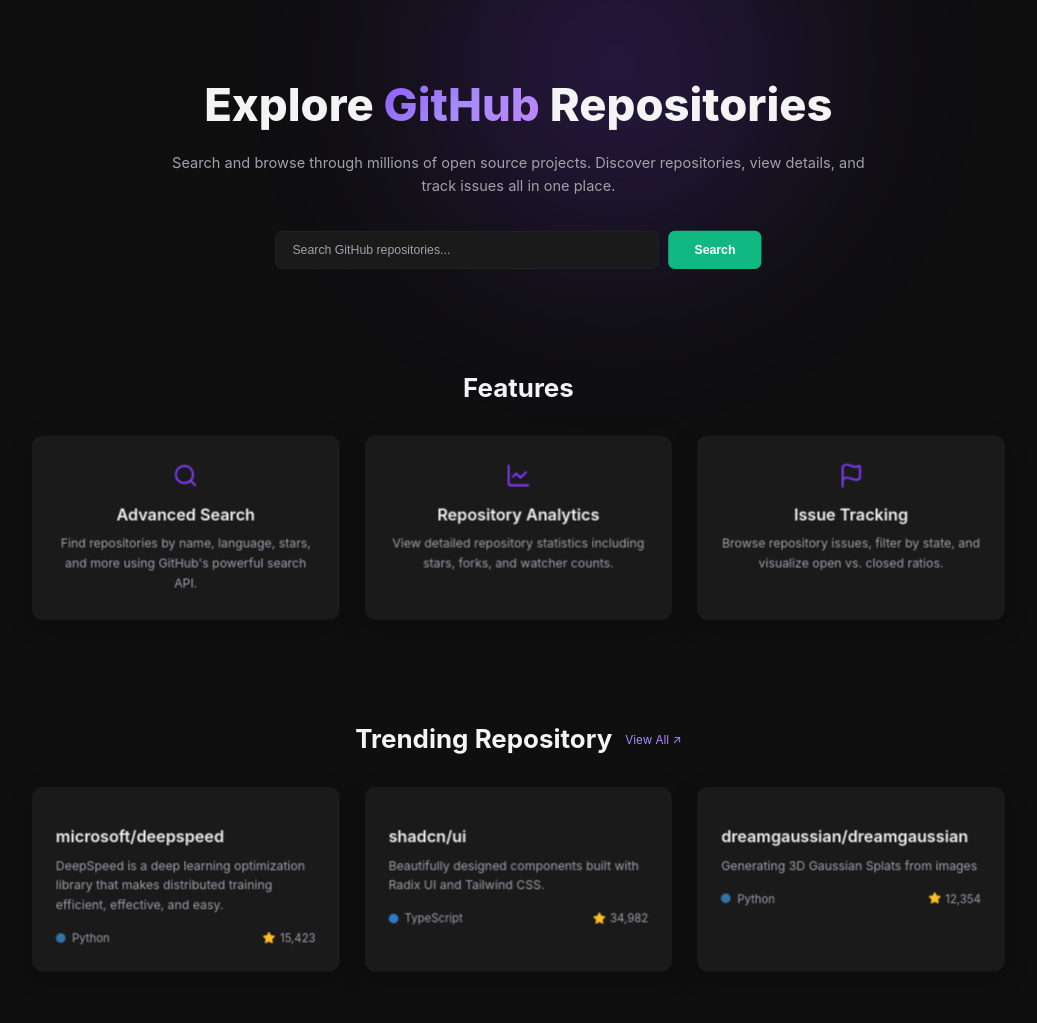
Repository: Tshenolo1994/username-repo
Page: /
An editor plug-in stored every save of this project. The page is shown before and after the next save, followed by the edit.
The browser window is 1280 px wide. The pictures show the whole page, at 81% of full size.
The project was rebuilt for these pictures with package versions that can differ from the ones it lists, and the page was loaded fresh each time. Also part of the build but not shown: vite.config.ts, src/views/RepoView.vue.

Above is the page before, as saved 2025-10-27 00:57:28.

### index.html
<!doctype html>
<html lang="en">
  <head>
    <meta charset="UTF-8" />
    <link rel="icon" type="image/svg+xml" href="/vite.svg" />
    <meta name="viewport" content="width=device-width, initial-scale=1.0" />
    <title>commit-explorer</title>
  </head>
  <body>
    <div id="app"></div>
    <script type="module" src="/src/main.ts"></script>
  </body>
</html>

### src/main.ts
import { createApp } from 'vue'
import { createPinia } from 'pinia'
import App from './App.vue'
import router from './router'
import './styles/theme.css'

createApp(App)
  .use(createPinia())
  .use(router)
  .mount('#app')

### src/App.vue
<template>
  <RouterView />
</template>

<script setup lang="ts"></script>

<style>
html, body, #app {
  height: 100%;
  margin: 0;
  font-family: system-ui, -apple-system, 'Segoe UI', Roboto, sans-serif;
}
</style>

### src/router/index.ts
import { createRouter, createWebHistory } from 'vue-router'
import HomeView from '@/views/HomeView.vue'
import RepoView from '@/views/RepoView.vue'

const router = createRouter({
  history: createWebHistory(),
  routes: [
    { path: '/', name: 'home', component: HomeView },
    { path: '/repos/:username', name: 'repos', component: RepoView, props: true },
  ],
  scrollBehavior: () => ({ top: 0 }),
})

export default router

### src/styles/theme.css
:root {

    --bg: #0f0f10;
    --bg-elev: #1a1a1b;
    --text: #f4f4f5;
    --muted: #a1a1aa;
    --border: #27272a;
    --link: #7c3aed;
  }


  [data-theme="light"] {
    --bg: #f9fafb;
    --bg-elev: #ffffff;
    --text: #18181b;
    --muted: #52525b;
    --border: #e4e4e7;
    --link: #2563eb;
  }


  html, body, #app {
    margin: 0;
    padding: 0;
    background: var(--bg);
    color: var(--text);
    font-family: 'Inter', system-ui, sans-serif;
    transition: background 0.3s, color 0.3s;
  }


  h1, h2, h3 {
    line-height: 1.2;
    margin: 0;
  }
  p {
    margin: 0.25rem 0 0;
  }


  .card {
    background: var(--bg-elev);
    border: 1px solid var(--border);
    border-radius: 0.75rem;
    padding: 1rem;
    box-shadow: 0 1px 2px rgba(0,0,0,0.15);
  }

### src/views/HomeView.vue
<script setup lang="ts">
import { ref } from "vue";
import { useRouter } from "vue-router";
import { Search, LineChart, Flag } from "lucide-vue-next";

// sample trending repos
const trendingRepos = ref([
  {
    id: 1,
    name: "microsoft/deepspeed",
    stars: 15423,
    description:
      "DeepSpeed is a deep learning optimization library that makes distributed training efficient, effective, and easy.",
    language: "Python",
  },
  {
    id: 2,
    name: "shadcn/ui",
    stars: 34982,
    description:
      "Beautifully designed components built with Radix UI and Tailwind CSS.",
    language: "TypeScript",
  },
  {
    id: 3,
    name: "dreamgaussian/dreamgaussian",
    stars: 12354,
    description: "Generating 3D Gaussian Splats from images",
    language: "Python",
  },
]);

const router = useRouter();
const username = ref("");

function search() {
  if (username.value.trim()) {
    router.push(`/repos/${username.value.trim()}`);
  }
}

function getLangColor(lang: string): string {
  const colors: Record<string, string> = {
    JavaScript: "#f1e05a",
    TypeScript: "#3178c6",
    Python: "#3572A5",
    Java: "#b07219",
    Go: "#00ADD8",
    Ruby: "#701516",
  };
  return colors[lang] || "#6e7681";
}
</script>

<template>
  <div class="home-page">
    <div class="gradient-ball"></div>

    <!-- Hero Section -->
    <section class="hero">
      <div class="hero-content">
        <h1 class="hero-title">
          Explore <span class="gradient-text">GitHub</span> Repositories
        </h1>
        <p class="hero-sub">
          Search and browse through millions of open source projects. Discover
          repositories, view details, and track issues all in one place.
        </p>

        <div class="search-box">
          <input
            v-model="username"
            placeholder="Search GitHub repositories..."
            class="search-input"
          />
          <button @click="search" class="search-btn">Search</button>
        </div>
      </div>
    </section>

    <!-- Features -->
    <section class="section">
      <div class="section-header">
        <h2>Features</h2>
      </div>

      <div class="grid">
        <div class="card glass">
          <Search class="icon" :size="32" />
          <h3>Advanced Search</h3>
          <p>
            Find repositories by name, language, stars, and more using GitHub's powerful search API.
          </p>
        </div>

        <div class="card glass">
          <LineChart class="icon" :size="32" />
          <h3>Repository Analytics</h3>
          <p>
            View detailed repository statistics including stars, forks, and watcher counts.
          </p>
        </div>

        <div class="card glass">
          <Flag class="icon" :size="32" />
          <h3>Issue Tracking</h3>
          <p>
            Browse repository issues, filter by state, and visualize open vs. closed ratios.
          </p>
        </div>
      </div>
    </section>

    <!-- Trending -->
    <section class="section">
      <div class="section-header">
        <h2>Trending Repository</h2>
        <a
          href="https://github.com/trending"
          target="_blank"
          rel="noreferrer"
          class="view-all"
        >
          View All ↗
        </a>
      </div>

      <div class="grid">
        <div
          v-for="repo in trendingRepos"
          :key="repo.id"
          class="card glass repo-card"
        >
          <h3 class="repo-name">{{ repo.name }}</h3>
          <p class="repo-desc">{{ repo.description }}</p>
          <div class="repo-meta">
            <div class="lang">
              <span
                class="dot"
                :style="{ backgroundColor: getLangColor(repo.language) }"
              ></span>
              <span>{{ repo.language }}</span>
            </div>
            <div class="stars">
              <svg
                class="star"
                fill="currentColor"
                viewBox="0 0 16 16"
              >
                <path
                  d="M8 .25a.75.75 0 01.673.418l1.882 3.815 4.21.612a.75.75 0 01.416 1.279l-3.046 2.97.719 4.192a.75.75 0 01-1.088.791L8 12.347l-3.766 1.98a.75.75 0 01-1.088-.79l.72-4.194L.818 6.374a.75.75 0 01.416-1.28l4.21-.611L7.327.668A.75.75 0 018 .25z"
                />
              </svg>
              {{ repo.stars.toLocaleString() }}
            </div>
          </div>
        </div>
      </div>
    </section>
  </div>
</template>

<style scoped>
.home-page {
  background: var(--bg);
  color: var(--text);
  min-height: 100vh;
  width: 100%;
  overflow-x: hidden;
  position: relative;
  transition: background 0.3s, color 0.3s;
}

.gradient-ball {
  position: absolute;
  top: -200px;
  left: 50%;
  transform: translateX(-50%);
  width: 600px;
  height: 600px;
  border-radius: 50%;
  background: radial-gradient(circle at center, var(--link) 0%, rgba(124, 58, 237, 0.6) 30%, transparent 70%);
  opacity: 0.3;
  filter: blur(100px);
  z-index: 0;
  animation: float 20s ease-in-out infinite;
  transition: background 0.3s;
}

@keyframes float {
  0%, 100% {
    transform: translate(-50%, 0) scale(1);
  }
  25% {
    transform: translate(-30%, -20px) scale(1.1);
  }
  50% {
    transform: translate(-70%, 20px) scale(0.9);
  }
  75% {
    transform: translate(-40%, -10px) scale(1.05);
  }
}

/* Hero Section */
.hero {
  padding: 6rem 2rem 4rem;
  position: relative;
  z-index: 10;
}

.hero-content {
  max-width: 900px;
  margin: 0 auto;
  text-align: center;
}

.hero-title {
  font-size: 3.5rem;
  font-weight: 800;
  margin-bottom: 1.5rem;
  line-height: 1.2;
}

.gradient-text {
  background: linear-gradient(135deg, #8b5cf6 0%, #a78bfa 50%, #c084fc 100%);
  -webkit-background-clip: text;
  -webkit-text-fill-color: transparent;
  background-clip: text;
}

.hero-sub {
  color: var(--muted);
  font-size: 1.125rem;
  margin-bottom: 2.5rem;
  line-height: 1.6;
}

.search-box {
  display: flex;
  justify-content: center;
  gap: 0.75rem;
  max-width: 600px;
  margin: 0 auto;
}

.search-input {
  padding: 0.875rem 1.25rem;
  border-radius: 8px;
  flex: 1;
  background: var(--bg-elev);
  color: var(--text);
  border: 1px solid var(--border);
  font-size: 0.95rem;
  transition: all 0.2s;
}

.search-input:focus {
  outline: none;
  border-color: var(--link);
  background: var(--bg-elev);
}

.search-input::placeholder {
  color: var(--muted);
}

.search-btn {
  background: #10b981;
  color: white;
  padding: 0.875rem 2rem;
  border-radius: 8px;
  font-weight: 600;
  cursor: pointer;
  border: none;
  font-size: 0.95rem;
  transition: all 0.2s;
}

.search-btn:hover {
  background: #059669;
  transform: translateY(-1px);
}

/* Shared Section Styling */
.section {
  padding: 4rem 2rem;
  position: relative;
  z-index: 10;
}

.section-header {
  display: flex;
  align-items: center;
  justify-content: center;
  gap: 1rem;
  margin-bottom: 2.5rem;
}

.section-header h2 {
  font-size: 2rem;
  font-weight: 700;
  color: var(--text);
}

.view-all {
  color: #a78bfa;
  font-size: 0.9rem;
  text-decoration: none;
  display: flex;
  align-items: center;
  gap: 0.25rem;
  transition: all 0.2s;
}

.view-all:hover {
  color: #c084fc;
  transform: translateX(2px);
}

/* Grid + Cards */
.grid {
  display: grid;
  grid-template-columns: repeat(3, 1fr);
  gap: 2rem;
  max-width: 1200px;
  margin: 0 auto;
}

@media (max-width: 980px) {
  .grid {
    grid-template-columns: 1fr;
  }
  .hero-title {
    font-size: 2.5rem;
  }
}

.card {
  padding: 2rem 1.75rem;
  border-radius: 12px;
  text-align: center;
  transition: all 0.3s ease;
}

.card:hover {
  transform: translateY(-6px);
}

/* Glass look */
.glass {
  background: var(--bg-elev);
  border: 1px solid var(--border);
  backdrop-filter: blur(12px);
  box-shadow: 0 8px 32px rgba(0, 0, 0, 0.3);
}

.card h3 {
  font-size: 1.25rem;
  font-weight: 600;
  margin: 1rem 0 0.75rem;
  color: var(--text);
}

.card p {
  color: var(--muted);
  font-size: 0.95rem;
  line-height: 1.6;
}

.icon {
  color: var(--link);
  margin: 0 auto;
}

/* Trending Repo cards */
.repo-card {
  text-align: left;
}

.repo-name {
  color: var(--link);
  font-weight: 600;
  font-size: 1.1rem;
  margin: 0 0 0.75rem 0;
  transition: color 0.2s;
}

.repo-card:hover .repo-name {
  color: var(--link);
  opacity: 0.8;
}

.repo-desc {
  color: var(--muted);
  font-size: 0.9rem;
  margin-bottom: 1.25rem;
  line-height: 1.5;
}

.repo-meta {
  display: flex;
  justify-content: space-between;
  align-items: center;
  font-size: 0.875rem;
  color: var(--muted);
}

.lang {
  display: flex;
  align-items: center;
}

.dot {
  display: inline-block;
  width: 12px;
  height: 12px;
  border-radius: 50%;
  margin-right: 0.5rem;
}

.stars {
  display: flex;
  align-items: center;
  gap: 0.35rem;
}

.star {
  width: 16px;
  height: 16px;
  color: #fbbf24;
}
</style>

### src/components/Header.vue
<script setup lang="ts">
import { Sun, Moon } from 'lucide-vue-next';
import { useTheme } from '@/composables/useTheme';

const { isDark, toggleTheme } = useTheme();
</script>

<template>
  <header class="header">
    <div class="header-content">
      <div class="logo">
        <svg width="32" height="32" viewBox="0 0 16 16" fill="currentColor">
          <path d="M8 0C3.58 0 0 3.58 0 8c0 3.54 2.29 6.53 5.47 7.59.4.07.55-.17.55-.38 0-.19-.01-.82-.01-1.49-2.01.37-2.53-.49-2.69-.94-.09-.23-.48-.94-.82-1.13-.28-.15-.68-.52-.01-.53.63-.01 1.08.58 1.23.82.72 1.21 1.87.87 2.33.66.07-.52.28-.87.51-1.07-1.78-.2-3.64-.89-3.64-3.95 0-.87.31-1.59.82-2.15-.08-.2-.36-1.02.08-2.12 0 0 .67-.21 2.2.82.64-.18 1.32-.27 2-.27.68 0 1.36.09 2 .27 1.53-1.04 2.2-.82 2.2-.82.44 1.1.16 1.92.08 2.12.51.56.82 1.27.82 2.15 0 3.07-1.87 3.75-3.65 3.95.29.25.54.73.54 1.48 0 1.07-.01 1.93-.01 2.2 0 .21.15.46.55.38A8.013 8.013 0 0016 8c0-4.42-3.58-8-8-8z"/>
        </svg>
        <span class="logo-text">GitHub Explorer</span>
      </div>

      <nav class="nav">
        <button @click="toggleTheme" class="theme-toggle" :aria-label="isDark ? 'Switch to light mode' : 'Switch to dark mode'">
          <Sun v-if="isDark" :size="20" />
          <Moon v-else :size="20" />
        </button>
        <a href="https://github.com" target="_blank" rel="noreferrer" class="github-link">
          GitHub.com
        </a>
      </nav>
    </div>
  </header>
</template>

<style scoped>
.header {
  background: var(--bg);
  border-bottom: 1px solid var(--border);
  padding: 1rem 2rem;
  position: sticky;
  top: 0;
  z-index: 100;
  backdrop-filter: blur(8px);
  transition: background 0.3s, border-color 0.3s;
}

.header-content {
  max-width: 1400px;
  margin: 0 auto;
  display: flex;
  justify-content: space-between;
  align-items: center;
}

.logo {
  display: flex;
  align-items: center;
  gap: 0.75rem;
  color: var(--text);
  font-weight: 600;
  font-size: 1.125rem;
  cursor: pointer;
  transition: color 0.2s;
}

.logo:hover {
  color: var(--link);
}

.logo svg {
  flex-shrink: 0;
}

.logo-text {
  font-weight: 600;
}

.nav {
  display: flex;
  align-items: center;
  gap: 1.25rem;
}

.theme-toggle {
  background: var(--bg-elev);
  border: 1px solid var(--border);
  border-radius: 8px;
  width: 40px;
  height: 40px;
  display: flex;
  align-items: center;
  justify-content: center;
  cursor: pointer;
  color: var(--text);
  transition: all 0.2s;
}

.theme-toggle:hover {
  background: var(--border);
  transform: rotate(15deg);
}

.github-link {
  color: var(--text);
  text-decoration: none;
  font-size: 0.95rem;
  font-weight: 500;
  padding: 0.5rem 1rem;
  border-radius: 6px;
  transition: all 0.2s;
}

.github-link:hover {
  color: var(--link);
  background: var(--bg-elev);
}

@media (max-width: 640px) {
  .header {
    padding: 1rem;
  }

  .logo-text {
    display: none;
  }
}
</style>

### src/components/Footer.vue
<script setup lang="ts">
import { Sun, Moon } from 'lucide-vue-next';
import { useTheme } from '@/composables/useTheme';

const { isDark, toggleTheme } = useTheme();
</script>

<template>
  <header class="header">
    <div class="header-content">
      <div class="logo">
        <svg width="32" height="32" viewBox="0 0 16 16" fill="currentColor">
          <path d="M8 0C3.58 0 0 3.58 0 8c0 3.54 2.29 6.53 5.47 7.59.4.07.55-.17.55-.38 0-.19-.01-.82-.01-1.49-2.01.37-2.53-.49-2.69-.94-.09-.23-.48-.94-.82-1.13-.28-.15-.68-.52-.01-.53.63-.01 1.08.58 1.23.82.72 1.21 1.87.87 2.33.66.07-.52.28-.87.51-1.07-1.78-.2-3.64-.89-3.64-3.95 0-.87.31-1.59.82-2.15-.08-.2-.36-1.02.08-2.12 0 0 .67-.21 2.2.82.64-.18 1.32-.27 2-.27.68 0 1.36.09 2 .27 1.53-1.04 2.2-.82 2.2-.82.44 1.1.16 1.92.08 2.12.51.56.82 1.27.82 2.15 0 3.07-1.87 3.75-3.65 3.95.29.25.54.73.54 1.48 0 1.07-.01 1.93-.01 2.2 0 .21.15.46.55.38A8.013 8.013 0 0016 8c0-4.42-3.58-8-8-8z"/>
        </svg>
        <span class="logo-text">GitHub Explorer</span>
      </div>

      <nav class="nav">
        <button @click="toggleTheme" class="theme-toggle" :aria-label="isDark ? 'Switch to light mode' : 'Switch to dark mode'">
          <Sun v-if="isDark" :size="20" />
          <Moon v-else :size="20" />
        </button>
        <a href="https://github.com" target="_blank" rel="noreferrer" class="github-link">
          GitHub.com
        </a>
      </nav>
    </div>
  </header>
</template>

<style scoped>
.header {
  background: var(--bg);
  border-bottom: 1px solid var(--border);
  padding: 1rem 2rem;
  position: sticky;
  top: 0;
  z-index: 100;
  backdrop-filter: blur(8px);
  transition: background 0.3s, border-color 0.3s;
}

.header-content {
  max-width: 1400px;
  margin: 0 auto;
  display: flex;
  justify-content: space-between;
  align-items: center;
}

.logo {
  display: flex;
  align-items: center;
  gap: 0.75rem;
  color: var(--text);
  font-weight: 600;
  font-size: 1.125rem;
  cursor: pointer;
  transition: color 0.2s;
}

.logo:hover {
  color: var(--link);
}

.logo svg {
  flex-shrink: 0;
}

.logo-text {
  font-weight: 600;
}

.nav {
  display: flex;
  align-items: center;
  gap: 1.25rem;
}

.theme-toggle {
  background: var(--bg-elev);
  border: 1px solid var(--border);
  border-radius: 8px;
  width: 40px;
  height: 40px;
  display: flex;
  align-items: center;
  justify-content: center;
  cursor: pointer;
  color: var(--text);
  transition: all 0.2s;
}

.theme-toggle:hover {
  background: var(--border);
  transform: rotate(15deg);
}

.github-link {
  color: var(--text);
  text-decoration: none;
  font-size: 0.95rem;
  font-weight: 500;
  padding: 0.5rem 1rem;
  border-radius: 6px;
  transition: all 0.2s;
}

.github-link:hover {
  color: var(--link);
  background: var(--bg-elev);
}

@media (max-width: 640px) {
  .header {
    padding: 1rem;
  }

  .logo-text {
    display: none;
  }
}
</style>

### src/composables/useTheme.ts

import { ref, onMounted, watch } from 'vue';

const isDark = ref(true);

export function useTheme() {
  const toggleTheme = () => {
    isDark.value = !isDark.value;
    updateTheme();
  };

  const updateTheme = () => {
    if (isDark.value) {
      document.documentElement.removeAttribute('data-theme');
      localStorage.setItem('theme', 'dark');
    } else {
      document.documentElement.setAttribute('data-theme', 'light');
      localStorage.setItem('theme', 'light');
    }
  };

  const initTheme = () => {
    const savedTheme = localStorage.getItem('theme');
    if (savedTheme) {
      isDark.value = savedTheme === 'dark';
    } else {
      isDark.value = true;
    }
    updateTheme();
  };

  onMounted(() => {
    initTheme();
  });

  watch(isDark, updateTheme);

  return {
    isDark,
    toggleTheme,
  };
}
// import { ref, onMounted } from 'vue'

// type Theme = 'light' | 'dark'
// const KEY = 'commit-explorer:theme'
// const theme = ref<Theme>('dark')

// function apply(t: Theme) {
//   document.documentElement.dataset.theme = t
// }

// export function useTheme() {
//   onMounted(() => {
//     const saved = (localStorage.getItem(KEY) as Theme | null)
//     if (saved === 'light' || saved === 'dark') theme.value = saved
//     else if (window.matchMedia('(prefers-color-scheme: light)').matches)
//       theme.value = 'light'
//     apply(theme.value)
//   })
//   function toggleTheme() {
//     theme.value = theme.value === 'dark' ? 'light' : 'dark'
//     localStorage.setItem(KEY, theme.value)
//     apply(theme.value)
//   }
//   return { theme, toggleTheme }
// }

After the next save:
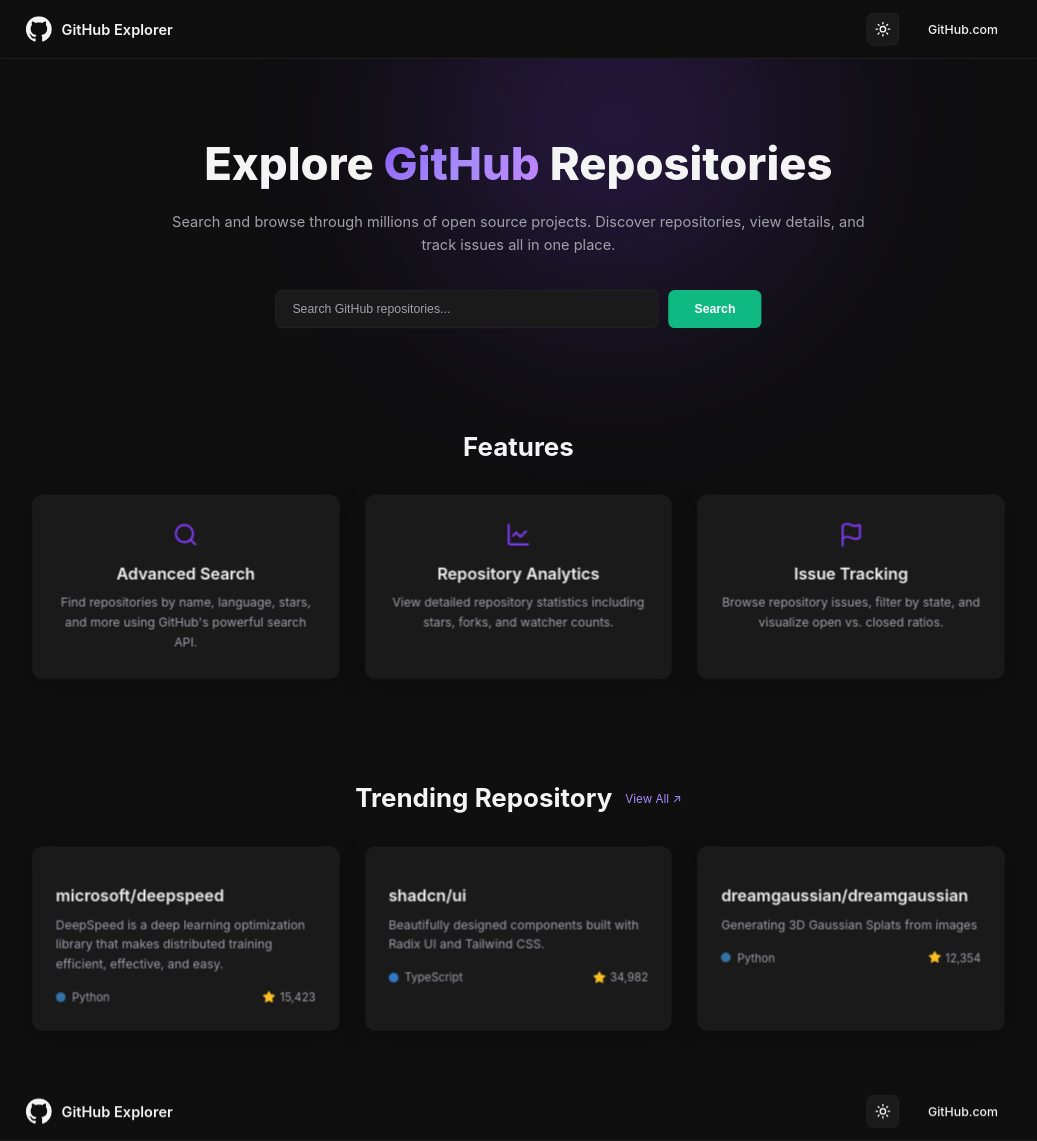
Saved 54 s later.
--- a/src/App.vue
+++ b/src/App.vue
@@ -1,13 +1,15 @@
+<!-- App.vue or Layout.vue -->
+<script setup>
+import Header from '@/components/Header.vue';
+import Footer from '@/components/Footer.vue';
+</script>
+
 <template>
-  <RouterView />
+  <div id="app">
+    <Header />
+    <main>
+      <router-view />
+    </main>
+    <Footer />
+  </div>
 </template>
-
-<script setup lang="ts"></script>
-
-<style>
-html, body, #app {
-  height: 100%;
-  margin: 0;
-  font-family: system-ui, -apple-system, 'Segoe UI', Roboto, sans-serif;
-}
-</style>
